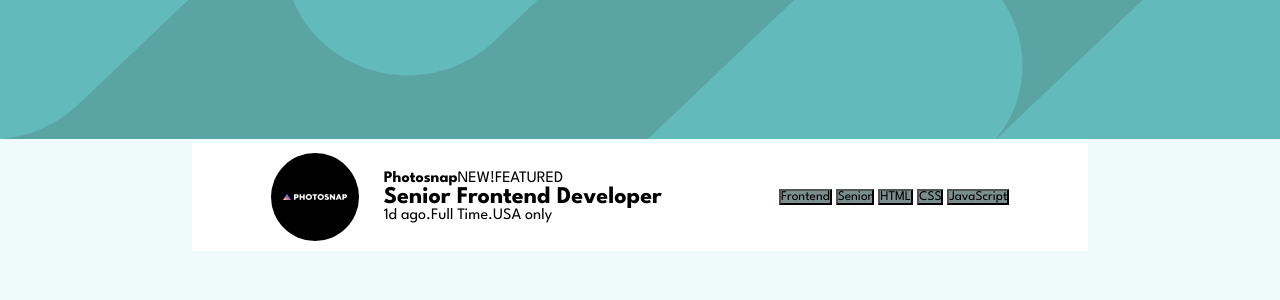
Repository: Eldream12/JobListing
Page: index.html
The author's editor kept a copy of each file at every save. The page is drawn from the files as they stood at one save, then again after the next save.
The browser window is 1280 px wide. The pictures show the whole page.

Above is the page before, as saved 2025-03-31 11:19:20.

After the next save:
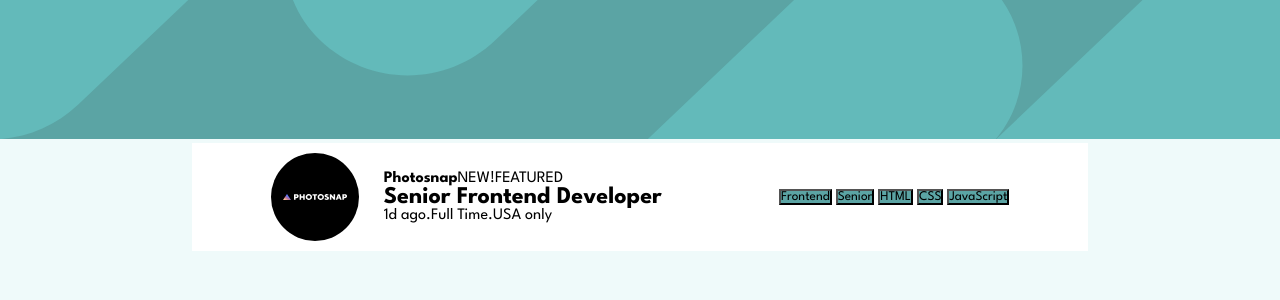
Saved 58 s later.
--- a/style/style.css
+++ b/style/style.css
@@ -44,5 +44,5 @@ header img {
 }
 
 .content .btn button {
-  background-color: hsl(180, 8%, 52%);
+  background-color: hsl(180, 29%, 50%);
 }
